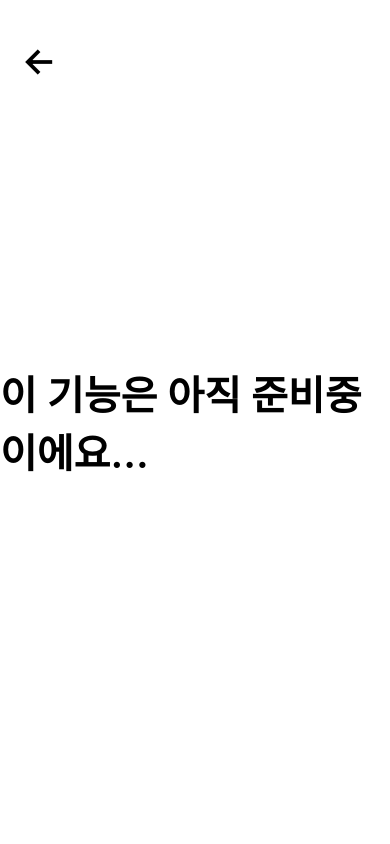
Repository: Unique0902/GachiDutch
Screen: /Ready
The author's editor kept a copy of each file at every save. The screen is drawn from the files as they stood at one save, then again after the next save.
The app was drawn by React Native's web renderer in a window 390 px wide. The project was rebuilt for these pictures with package versions that can differ from the ones it lists, and the page was loaded fresh each time. Some packages were replaced by stand-ins written for this rebuild. Also part of the build but not shown: sources/components/lowBar/lowBar.jsx, sources/components/taxi/taxi.jsx, sources/components/user/user.jsx, sources/components/alarm/alert.js, sources/components/alarm/alarm.jsx, sources/components/dutch_history/dutch_history.jsx, sources/components/dutchpay_historys/dutchpay_historys.jsx, sources/components/delivery_historys/delivery_historys.jsx and 12 more.

Above is the screen before, as saved 2022-11-14 23:02:53.

After the next save:
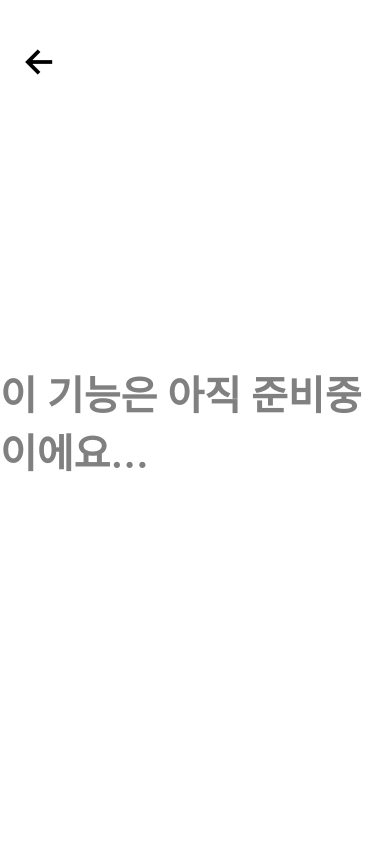
Saved 37 s later.
--- a/sources/components/ready/ready.jsx
+++ b/sources/components/ready/ready.jsx
@@ -30,6 +30,7 @@ const styles = StyleSheet.create({
     fontSize: 40,
     fontWeight: '600',
     alignSelf: 'center',
+    color: 'gray',
   },
   backBtn: {
     position: 'absolute',
